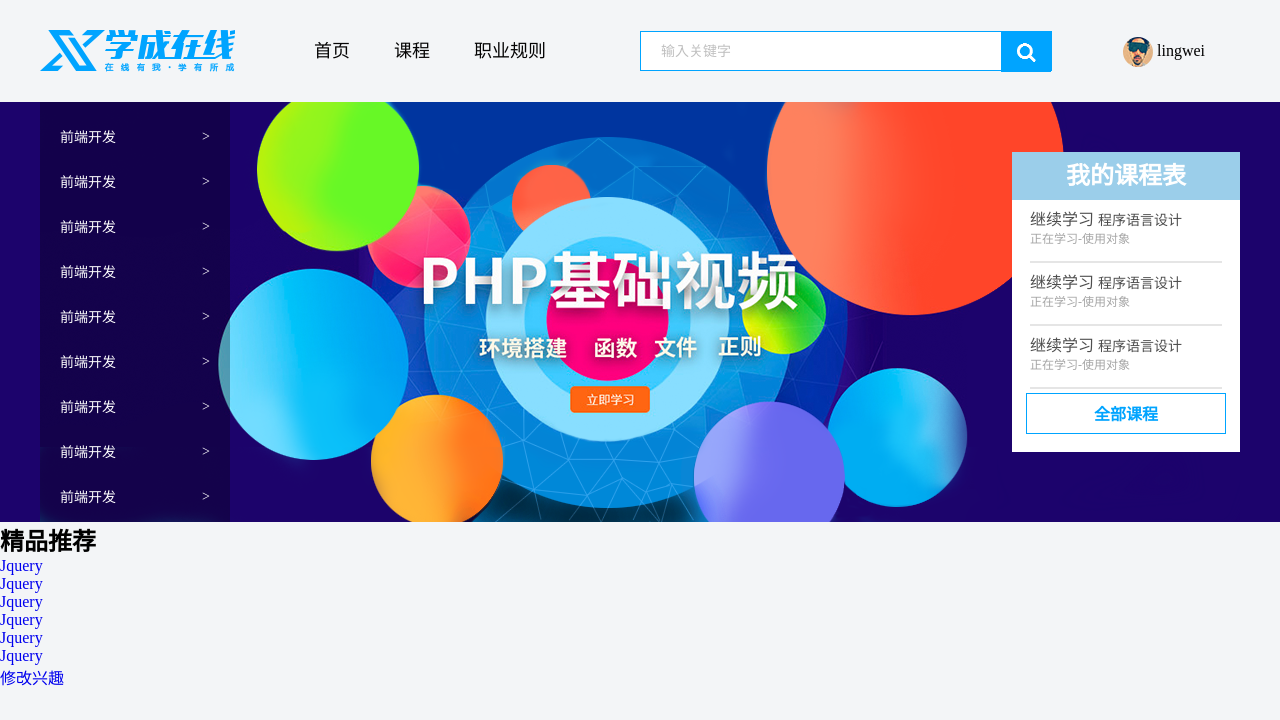
Repository: DengBiHua/xcdx
Page: index.html
These files come from the project's save history. The page is drawn as it stood at one moment and after the next save; the edit follows.
The browser window is 1280 px wide. The pictures show the whole page.

Above is the page before, as saved 2022-04-14 23:10:44.

### index.html
<!DOCTYPE html>
<html lang="en">
<head>
    <meta charset="UTF-8">
    <meta http-equiv="X-UA-Compatible" content="IE=edge">
    <meta name="viewport" content="width=device-width, initial-scale=1.0">
    <title>学成在线</title>
    <link rel="stylesheet" href="css/index.css">
</head>
<body>
    <!-- 头部 -->
    <div class="header wrapper">
        <h1>
            <a href="#">
                <img src="images/logo.png" alt="">
            </a>
        </h1>
        <!-- 导航 -->
        <div class="nav">
            <ul>
                <li><a href="#">首页</a></li>
                <li><a href="#">课程</a></li>
                <li><a href="#">职业规则</a></li>
            </ul>
        </div>
        <!-- 搜索 -->
        <div class="search">
            <input type="text" placeholder="输入关键字">
            <button></button>
        </div>
        <!-- 用户 -->
        <div class="user">
            <img src="./images/user.png" alt="">
            <span>lingwei</span>
        </div>
    </div>
    <div class="banner">
        <div class="wrapper">
            <div class="left">
                <ul>
                    <li><a href="#">前端开发<span>></span></a></li>
                    <li><a href="#">前端开发<span>></span></a></li>
                    <li><a href="#">前端开发<span>></span></a></li>
                    <li><a href="#">前端开发<span>></span></a></li>
                    <li><a href="#">前端开发<span>></span></a></li>
                    <li><a href="#">前端开发<span>></span></a></li>
                    <li><a href="#">前端开发<span>></span></a></li>
                    <li><a href="#">前端开发<span>></span></a></li>
                    <li><a href="#">前端开发<span>></span></a></li>
                </ul>
            </div>
            <div class="right">
                <h2>我的课程表</h2>
                <div class="content">
                    <dl>
                        <dt>
                            <span class="titleLeft">继续学习</span>
                            <span class="titleRight">程序语言设计</span>
                        </dt>
                        <dd>正在学习-使用对象</dd>
                    </dl>
                    <dl>
                        <dt>
                            <span class="titleLeft">继续学习</span>
                            <span class="titleRight">程序语言设计</span>
                        </dt>
                        <dd>正在学习-使用对象</dd>
                    </dl>
                    <dl>
                        <dt>
                            <span class="titleLeft">继续学习</span>
                            <span class="titleRight">程序语言设计</span>
                        </dt>
                        <dd>正在学习-使用对象</dd>
                    </dl>
                </div>
                <a href="#" class="all">全部课程</a>
            </div>
        </div>
    </div>
    <div class="recommend">
        <h2>精品推荐</h2>
        <ul>
            <li><a href="#">Jquery</a></li>
            <li><a href="#">Jquery</a></li>
            <li><a href="#">Jquery</a></li>
            <li><a href="#">Jquery</a></li>
            <li><a href="#">Jquery</a></li>
            <li><a href="#">Jquery</a></li>
        </ul>
        <a href="#">修改兴趣</a>
    </div>
</body>
</html>

### css/index.css
/* css代码顺序
1、浮动/display
2、盒子模型
3、文字样式
 */

/* 通用模版 */
* {
    margin: 0;
    padding: 0;
    /* 内减模式 */
    box-sizing: border-box;
}
li {
    /* 清除列表前方小圆点 */
    list-style-type: none;
}
a {
    /* 去除超链接文字的下划线 */
    text-decoration: none;
}
.clearfix::before,.clearfix::after {
    content: "";
    display: table;
}
.clearfix::after {
    clear: both;
}

/* 版心 */
.wrapper {
    width: 1200px;
    margin: 0 auto;
}

body {
    background-color: #f3f5f7;
}

/* 头部 */
.header {
    height: 42px;
    margin: 30px auto;
}

h1 {
    float: left;
}

/* 导航 */
.nav {
    float: left;

    height: 42px;
    margin-left: 70px;
}

.nav li {
    float: left;

    margin-right: 26px;
}

.nav li a {
    display: block;

    padding: 0 9px;
    height: 42px;
    line-height: 42px;

    font-size: 18px;
    color: #050505;
}

.nav li a:hover {
    border-bottom: 2px solid #00a4ff;
}

.search {
    float: left;
    margin-left: 59px;
    margin-top: 1px;
    width: 412px;
    height: 40px;
    border: 1px solid #00a4ff;
}

.search input {
    float: left;
    padding-left: 20px;
    width: 360px;
    height: 38px;
    border: 0;
}

.search input::placeholder {
    font-size: 14px;
    color: #bfbfbf;
}

.search button {
    float: left;
    width: 50px;
    height: 40px;
    background-image: url(../images/btn.png);
    border: 0;
}

.user {
    float: right;
    margin-right: 35px;
    height: 42px;
    line-height: 42px;
}

.user img {
    /* 调节图片垂直方向对齐方式 */
    vertical-align: middle;
}

.banner {
    height: 420px;
    background-color: #1c036c;
}

.banner .wrapper {
    height: 420px;
    background-image: url(../images/banner2.png);
}

.banner .left {
    float: left;
    padding: 0 20px;
    width: 190px;
    height: 420px;
    background-color: rgba(0, 0, 0, 0.3);
    line-height: 44px;
}

.banner ul {
    margin-top: 13px;
}

.banner a {
    font-size: 14px;
    color: #ffffff;
}

.banner a:hover {
    color: #00b4ff;
}

.banner .left span {
    float: right;
}

.banner .right {
    float: right;
    margin-top: 50px;
    width: 228px;
    height: 300px;
    background-color: #ffffff;
}

.banner .right h2 {
    height: 48px;
    background-color: #9bceea;
    font: 18px;
    color: #ffffff;
    text-align: center;
    line-height: 48px;
}

.banner .content {
    padding: 0 18px;
}

.banner .right dl {
    padding: 12px 0;
    border-bottom: 2px solid #e5e5e5;
}

.banner .right .content dt {
    color: #4e4e4e;
    line-height: 16px;
}

.banner .right .titleLeft {
    font-size: 16px;
}

.banner .right .titleRight {
    font-size: 14px;
}

.banner .right .content dd {
    color: #a5a5a5;
    font-size: 12px;
    line-height: 20px;
}

.banner .right .all {
    display: block;
    margin: 4px auto 0;
    width: 200px;
    height: 41px;
    border: 1px solid #00a4ff;
    font-weight: 700;
    font-size: 16px;
    color: #00a4ff;
    text-align: center;
    line-height: 41px;
}

After the next save:
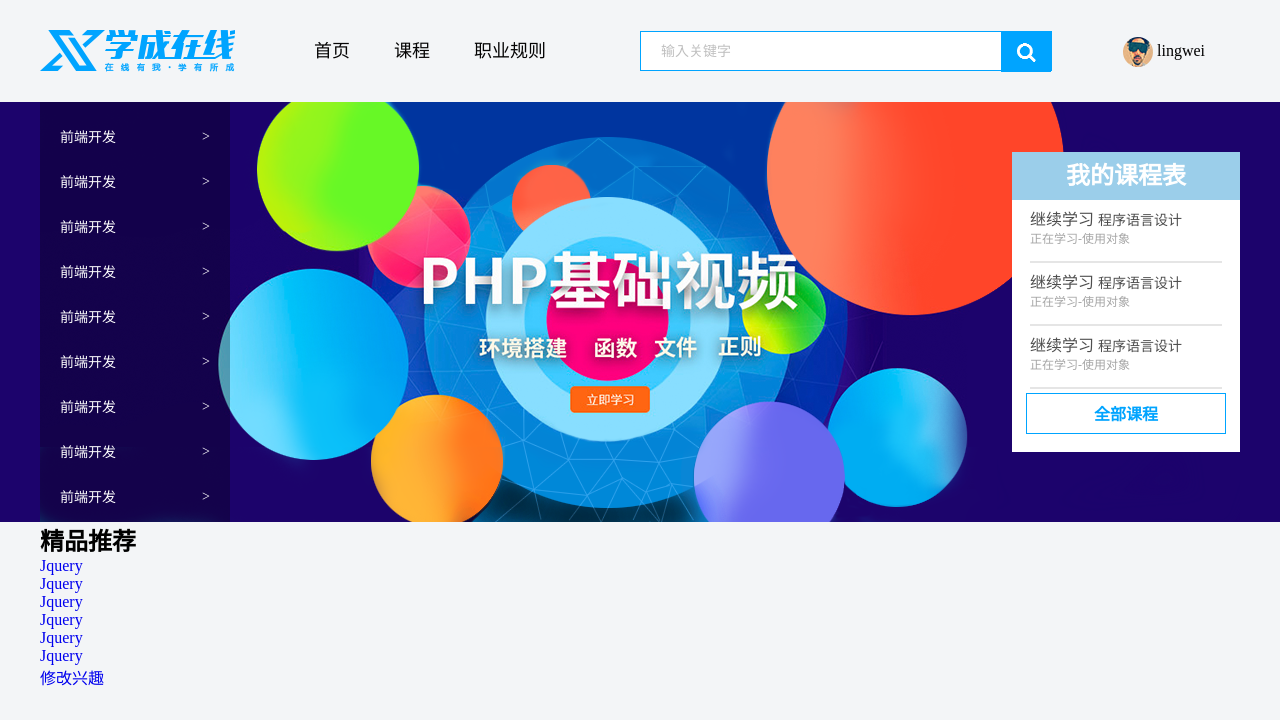
Saved 22 s later.
--- a/index.html
+++ b/index.html
@@ -78,7 +78,7 @@
             </div>
         </div>
     </div>
-    <div class="recommend">
+    <div class="recommend wrapper">
         <h2>精品推荐</h2>
         <ul>
             <li><a href="#">Jquery</a></li>
